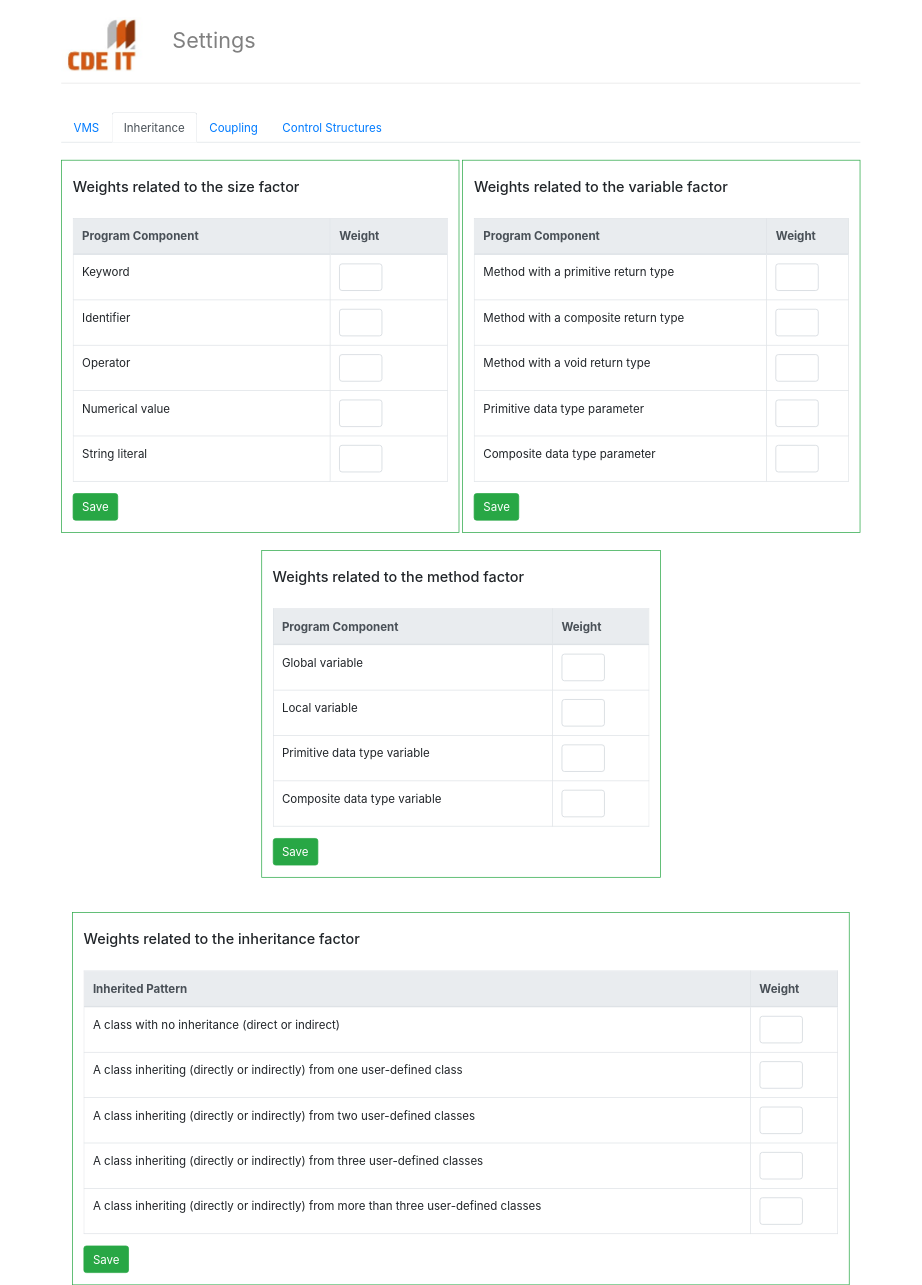
Repository: JudeAshan98/ITPM
Page: CDE_IT/WebContent/views/settings.html
The author's editor kept a copy of each file at every save. The page is drawn from the files as they stood at one save, then again after the next save.
The browser window is 1280 px wide. The pictures show the whole page, at 72% of full size.

Above is the page before, as saved 2020-03-01 17:12:30.

### CDE_IT/WebContent/views/settings.html
<!DOCTYPE html>
<html lang="en">
<head>
<title>Bootstrap Example</title>
<meta charset="utf-8">
<meta name="viewport" content="width=device-width, initial-scale=1">
<link rel="stylesheet"
	href="https://maxcdn.bootstrapcdn.com/bootstrap/4.4.1/css/bootstrap.min.css">
<script
	src="https://ajax.googleapis.com/ajax/libs/jquery/3.4.1/jquery.min.js"></script>
<script
	src="https://cdnjs.cloudflare.com/ajax/libs/popper.js/1.16.0/umd/popper.min.js"></script>
<script
	src="https://maxcdn.bootstrapcdn.com/bootstrap/4.4.1/js/bootstrap.min.js"></script>
</head>
<body>
	<br>

	<div class="container">
		<div>
			<img src="../img/logoe.png" style="max-height: 75px">
			<text style="font-size:30px; color:gray ; margin-left:30px;">
			Settings<text>
			<hr />
		</div>
		<br>

		<!-- Nav tabs -->
		<ul class="nav nav-tabs" role="tablist">
			<li class="nav-item"><a class="nav-link" data-toggle="tab"
				href="#vms">VMS</a></li>
			<li class="nav-item"><a class="nav-link active"
				data-toggle="tab" href="#inheritance">Inheritance</a></li>
			<li class="nav-item"><a class="nav-link" data-toggle="tab"
				href="#Coupling">Coupling</a></li>
			<li class="nav-item"><a class="nav-link" data-toggle="tab"
				href="#Control">Control Structures</a></li>
		</ul>

		<!-- Tab panes -->
		<div class="tab-content">
			<div id="vms" class="container tab-pane active">
				<br>
				<div class="row">
					<div class="col-sm border border-success">
						<br>
						<h5 style="folat:center">Weights related to the size factor</h5>
						<div class="table-responsive">
							<br>
							<table class="table table-bordered">
								<thead class="thead-light">
									<tr>
										<th>Program Component</th>
										<th>Weight</th>
									</tr>
								</thead>
								<tbody>
									<tr>
										<td>Keyword</td>
										<td><input type="number" class="form-control"   style="width:60px"></td>
									</tr>
									<tr>
										<td>Identifier</td>
										<td><input type="number" class="form-control"   style="width:60px"></td>
									</tr>
									<tr>
										<td>Operator</td>
										<td><input type="number" class="form-control"   style="width:60px"></td>
									</tr>
									<tr>
										<td>Numerical value</td>
										<td><input type="number" class="form-control"   style="width:60px"></td>
									</tr>
									<tr>
										<td>String literal</td>
										<td><input type="number" class="form-control"   style="width:60px"></td>
									</tr>
								</tbody>
							</table>
						</div>
						<button type="button" class="btn btn-success">Save</button>
					</div>
					&nbsp
					<div class="col-sm border border-success">
						<br>
						<h5>Weights related to the variable factor</h5>
						<div class="table-responsive">
							<br>
							<table class="table table-bordered">
								<thead class="thead-light">
									<tr>
										<th>Program Component</th>
										<th>Weight</th>
									</tr>
								</thead>
								<tbody>
									<tr>
										<td>Method with a primitive return type</td>
										<td><input type="number" class="form-control"   style="width:60px"></td>
									</tr>
									<tr>
										<td>Method with a composite return type</td>
										<td><input type="number" class="form-control"   style="width:60px"></td>
									</tr>
									<tr>
										<td>Method with a void return type</td>
										<td><input type="number" class="form-control"   style="width:60px"></td>
									</tr>
									<tr>
										<td>Primitive data type parameter</td>
										<td><input type="number" class="form-control"   style="width:60px"></td>
									</tr>
									<tr>
										<td>Composite data type parameter</td>
										<td><input type="number" class="form-control"   style="width:60px"></td>
									</tr>
								</tbody>
							</table>

						</div>
						<button type="button" class="btn btn-success">Save</button>
						<p></p>
					</div>
				</div>
				<br>
				<div class="row justify-content-md-center">
					<div class="col-md-6 border border-success">
						<br>
						<h5>Weights related to the method factor</h5>
						<div class="table-responsive">
							<br>
							<table class="table table-bordered">
								<thead class="thead-light">
									<tr>
										<th>Program Component</th>
										<th>Weight</th>
									</tr>
								</thead>
								<tbody>
									<tr>
										<td>Global variable</td>
										<td><input type="number" class="form-control"   style="width:60px"></td>
									</tr>
									<tr>
										<td>Local variable</td>
										<td><input type="number" class="form-control"   style="width:60px"></td>
									</tr>
									<tr>
										<td>Primitive data type variable</td>
										<td><input type="number" class="form-control"   style="width:60px"></td>
									</tr>
									<tr>
										<td>Composite data type variable</td>
										<td><input type="number" class="form-control"   style="width:60px"></td>
									</tr>
								</tbody>
							</table>
						</div>
						<button type="button" class="btn btn-success">Save</button>
						<p></p>
					</div>
				</div>
				<br>
			</div>
			<div id="inheritance" class="container tab-pane active">
				<br>
				<div class="col-sm border border-success">
					<br>
					<h5>Weights related to the inheritance factor</h5>
					<div class="table-responsive">
						<br>
						<table class="table table-bordered">
							<thead class="thead-light">
								<tr>
									<th>Inherited Pattern</th>
									<th>Weight</th>
								</tr>
							</thead>
							<tbody>
								<tr>
									<td>A class with no inheritance (direct or indirect)</td>
									<td><input type="number" class="form-control"   style="width:60px"></td>
								</tr>
								<tr>
									<td>A class inheriting (directly or indirectly) from one user-defined class</td>
									<td><input type="number" class="form-control"   style="width:60px"></td>
								</tr>
								<tr>
									<td>A class inheriting (directly or indirectly) from two user-defined classes</td>
									<td><input type="number" class="form-control"   style="width:60px"></td>
								</tr>
								<tr>
									<td>A class inheriting (directly or indirectly) from three user-defined classes</td>
									<td><input type="number" class="form-control"   style="width:60px"></td>
								</tr>
								<tr>
									<td>A class inheriting (directly or indirectly) from more than three user-defined classes</td>
									<td><input type="number" class="form-control"   style="width:60px"></td>
								</tr>
							</tbody>
						</table>
					</div>
					<button type="button" class="btn btn-success">Save</button>
					<p></p>
				</div>
			</div>
			<div id="Coupling" class="container tab-pane fade">
				<br>
				<div class="col-sm border border-success">
					<br>
					<h5>Weights related to the coupling factor</h5>
					<div class="table-responsive">
						<br>
						<table class="table table-bordered">
							<thead class="thead-light">
								<tr>
									<th>Coupling Type</th>
									<th>Weight</th>
								</tr>
							</thead>
							<tbody>
								<tr>
									<td>A recursive call</td>
									<td><input type="number" class="form-control"   style="width:60px"></td>
								</tr>
								<tr>
									<td>A regular method calling another regular method in the same file</td>
									<td><input type="number" class="form-control"   style="width:60px"></td>
								</tr>
								<tr>
									<td>A regular method calling another regular method in a different file</td>
									<td><input type="number" class="form-control"   style="width:60px"></td>
								</tr>
								<tr>
									<td>A regular method calling a recursive method in the same file</td>
									<td><input type="number" class="form-control"   style="width:60px"></td>
								</tr>
								<tr>
									<td>A regular method calling a recursive method in a different file</td>
									<td><input type="number" class="form-control"   style="width:60px"></td>
								</tr>
								<tr>
									<td>A recursive method calling another recursive method in the same file</td>
									<td><input type="number" class="form-control"   style="width:60px"></td>
								</tr>
								<tr>
									<td>A recursive method calling another recursive method in a different file</td>
									<td><input type="number" class="form-control"   style="width:60px"></td>
								</tr>
								<tr>
									<td>A recursive method calling a regular method in the same file</td>
									<td><input type="number" class="form-control"   style="width:60px"></td>
								</tr>
								<tr>
									<td>A recursive method calling a regular method in a different file</td>
									<td><input type="number" class="form-control"   style="width:60px"></td>
								</tr>
								<tr>
									<td>A regular method referencing a global variable in the same file</td>
									<td><input type="number" class="form-control"   style="width:60px"></td>
								</tr>
								<tr>
									<td>A regular method referencing a global variable in a different file</td>
									<td><input type="number" class="form-control"   style="width:60px"></td>
								</tr>
								<tr>
									<td>A recursive method referencing a global variable in the same file</td>
									<td><input type="number" class="form-control"   style="width:60px"></td>
								</tr>
								<tr>
									<td>A recursive method referencing a global variable in a different file</td>
									<td><input type="number" class="form-control"   style="width:60px"></td>
								</tr>
							</tbody>
						</table>
					</div>
					<button type="button" class="btn btn-success">Save</button>
					<p></p>
				</div>
			</div>
			<div id="Control" class="container tab-pane fade">
				<br>
				<div class="col-sm border border-success">
					<br>
					<h5>Weights related to the control structure factor</h5>
					<div class="table-responsive">
						<br>
						<table class="table table-bordered">
							<thead class="thead-light">
								<tr>
									<th>Program Component</th>
									<th>Weight</th>
								</tr>
							</thead>
							<tbody>
								<tr>
									<td>A conditional control structure such as an ‘if’ or ‘else-if’ condition</td>
									<td><input type="number" class="form-control"   style="width:60px"></td>
								</tr>
								<tr>
									<td>An iterative control structure such as a ‘for’, ‘while’, or ‘do-while’ loop</td>
									<td><input type="number" class="form-control"   style="width:60px"></td>
								</tr>
								<tr>
									<td>The ‘switch’ statement in a ‘switch-case’ control structure</td>
									<td><input type="number" class="form-control"   style="width:60px"></td>
								</tr>
								<tr>
									<td>Each ‘case’ statement in a ‘switch-case’ control structure</td>
									<td><input type="number" class="form-control"   style="width:60px"></td>
								</tr>
							</tbody>
						</table>
					</div>
					<button type="button" class="btn btn-success">Save</button>
					<p></p>
				</div>
			</div>
		</div>

	</div>
</body>
</html>

After the next save:
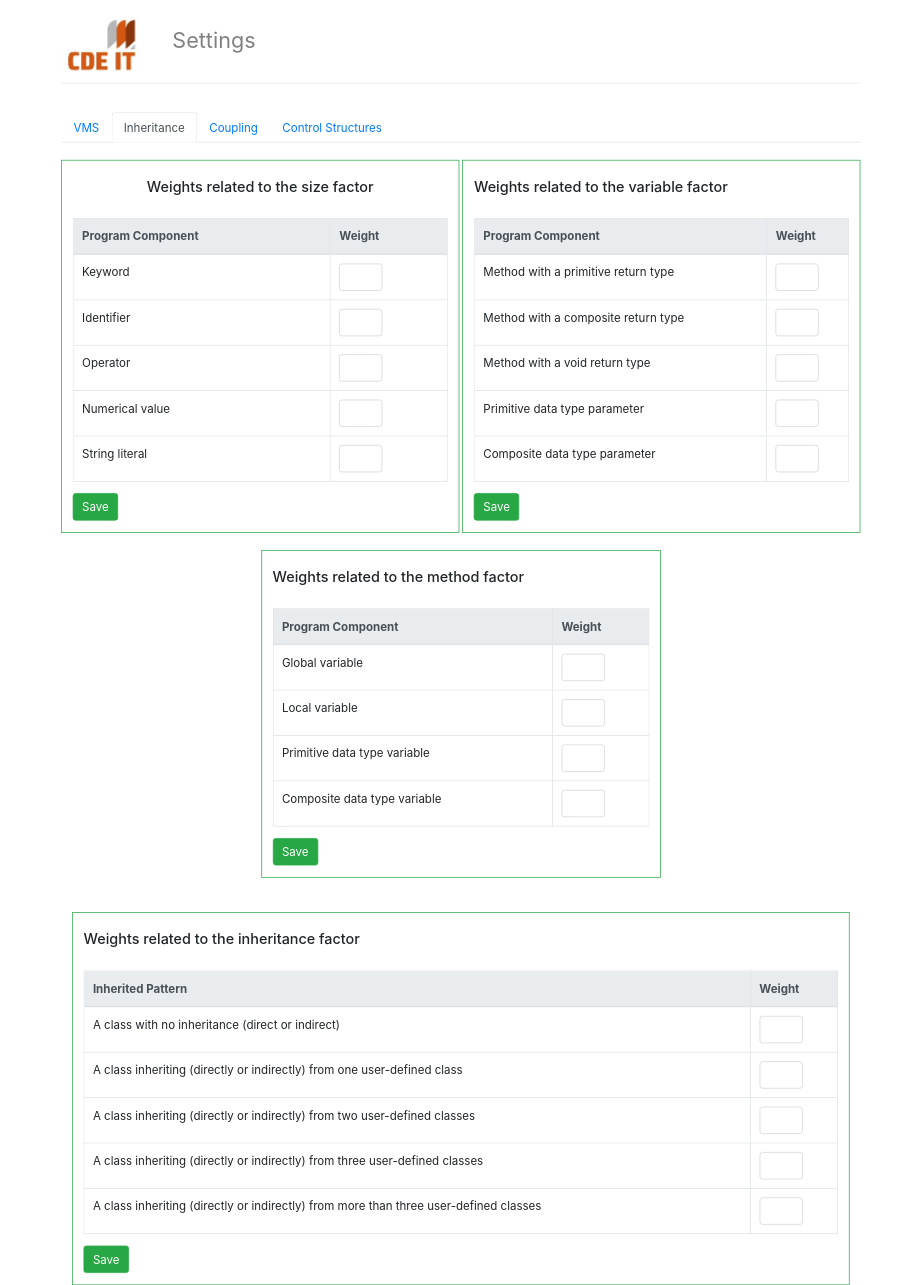
Saved 36 s later.
--- a/CDE_IT/WebContent/views/settings.html
+++ b/CDE_IT/WebContent/views/settings.html
@@ -44,7 +44,7 @@
 				<div class="row">
 					<div class="col-sm border border-success">
 						<br>
-						<h5 style="folat:center">Weights related to the size factor</h5>
+						<h5 align="center">Weights related to the size factor</h5>
 						<div class="table-responsive">
 							<br>
 							<table class="table table-bordered">
